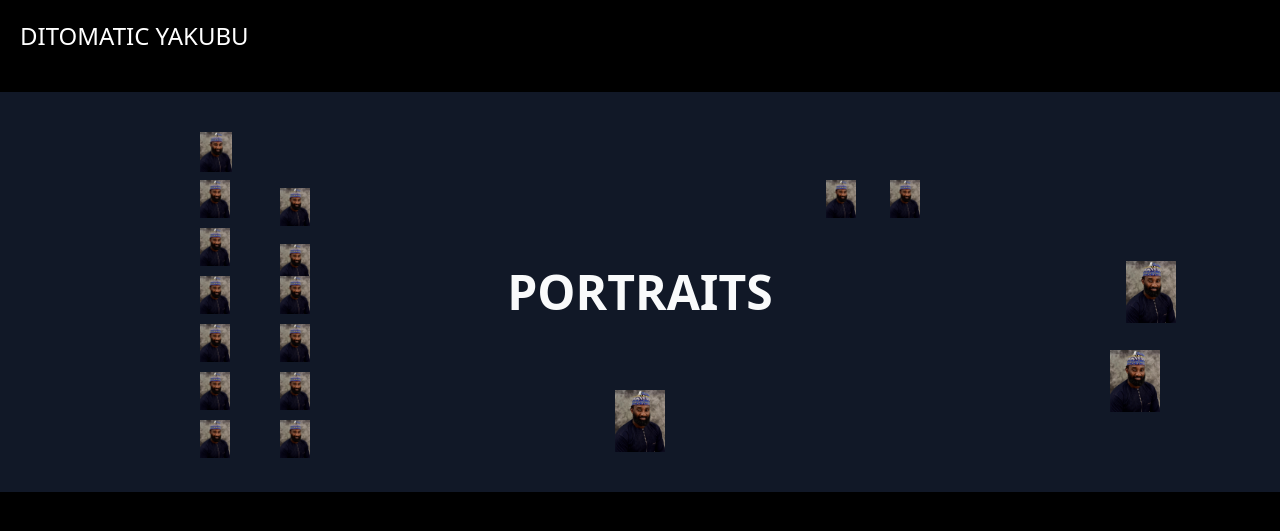
Repository: latenightsnacc/Ditomatic-Demo
Page: home.html
These files come from the project's save history. The page is drawn as it stood at one moment and after the next save; the edit follows.
The browser window is 1280 px wide. The pictures show the whole page.
Some web libraries are served in a nearby version.

Above is the page before, as saved 2021-02-24 12:10:42.

### home.html
<!DOCTYPE html>
<html lang="en" class="bg-black">
<head>
    <meta charset="UTF-8">
    <meta name="viewport" content="width=device-width, initial-scale=1.0">
    <!--Tailwind 2.0.2-->
    <link href="https://cdnjs.cloudflare.com/ajax/libs/tailwindcss/2.0.2/tailwind.min.css" rel="stylesheet">
    <!--Font Awesome 5.15.1-->
    <link rel="stylesheet" href="https://cdnjs.cloudflare.com/ajax/libs/font-awesome/5.15.1/css/all.min.css" integrity="sha512-+4zCK9k+qNFUR5X+cKL9EIR+ZOhtIloNl9GIKS57V1MyNsYpYcUrUeQc9vNfzsWfV28IaLL3i96P9sdNyeRssA==" crossorigin="anonymous" />
    <!-- Bootstrap 5.0.0 Beta-->
    <!-- <link href="https://cdn.jsdelivr.net/npm/bootstrap@5.0.0-beta1/dist/css/bootstrap.min.css" rel="stylesheet" integrity="sha384-giJF6kkoqNQ00vy+HMDP7azOuL0xtbfIcaT9wjKHr8RbDVddVHyTfAAsrekwKmP1" crossorigin="anonymous" /> -->
    <!--Page Title-->
    <title>Ditomatic Fotografy</title>
    <style>
        .zoom {

          transition: transform .2s; /* Animation */

        }

        .zoom:hover {
          transform: scale(2.5); /* (250% zoom - Note: if the zoom is too large, it will go outside of the viewport) */

        }
        </style>
</head>
<body>
    <!--Header-->
    <header>
        <nav class="container-sm p-5 shadow-2xl flex flex-row justify-between">
            <a href="home.html" class="text-white uppercase text-2xl">Ditomatic Yakubu</a>
            <ul></ul>
        </nav>
    </header>
    <!--End of Header-->
    <div class="my-5"></div>
    <section class="bg-gray-900 shadow-2xl py-10">
        <div class="px-10">
            <div class="flex justify-center items-center relative h-80">
                <h2 class="font-bold text-gray-50 text-5xl uppercase">portraits</h2>
                <!--First Column-->
                <div class="absolute left-40 top-0 z-0 hover:z-50">
                    <img src="images/malePortrait.jpg"  class="w-8 z-0 zoom hover:z-50">
                </div>
                <div class="absolute left-40 top-12 z-0">
                    <img src="images/malePortrait.jpg" width="30px" class="z-0">
                </div>
                <div class="absolute left-40 top-24">
                    <img src="images/malePortrait.jpg" width="30px">
                </div>
                <div class="absolute left-40 top-36">
                    <img src="images/malePortrait.jpg" width="30px">
                </div>
                <div class="absolute left-40 top-48">
                    <img src="images/malePortrait.jpg" width="30px">
                </div>
                <div class="absolute left-40 top-60">
                    <img src="images/malePortrait.jpg" width="30px">
                </div>
                <div class="absolute left-40 top-72">
                    <img src="images/malePortrait.jpg" width="30px">
                </div>
                <!--End of First Column-->

                <!--Second Column-->

                <div class="absolute left-60 top-14 z-0">
                    <img src="images/malePortrait.jpg" width="30px" class="z-0">
                </div>
                <div class="absolute left-60 top-28">
                    <img src="images/malePortrait.jpg" width="30px">
                </div>
                <div class="absolute left-60 top-36">
                    <img src="images/malePortrait.jpg" width="30px">
                </div>
                <div class="absolute left-60 top-48">
                    <img src="images/malePortrait.jpg" width="30px">
                </div>
                <div class="absolute left-60 top-60">
                    <img src="images/malePortrait.jpg" width="30px">
                </div>
                <div class="absolute left-60 top-72">
                    <img src="images/malePortrait.jpg" width="30px">
                </div>
                <div class="absolute right-80 top-12">
                    <img src="images/malePortrait.jpg" width="30px">
                </div>
                <div class="absolute right-96 top-12">
                    <img src="images/malePortrait.jpg" width="30px">
                </div>
                <div class="absolute right-16 top-50">
                    <img src="images/malePortrait.jpg" width="50px">
                </div>
                <div class="absolute right-20 bottom-10">
                    <img src="images/malePortrait.jpg" width="50px">
                </div>
                <div class="absolute center-0 bottom-0">
                    <img src="images/malePortrait.jpg" width="50px">
                </div>

            </div>
        </div>
    </section>
</body>
</html>

After the next save:
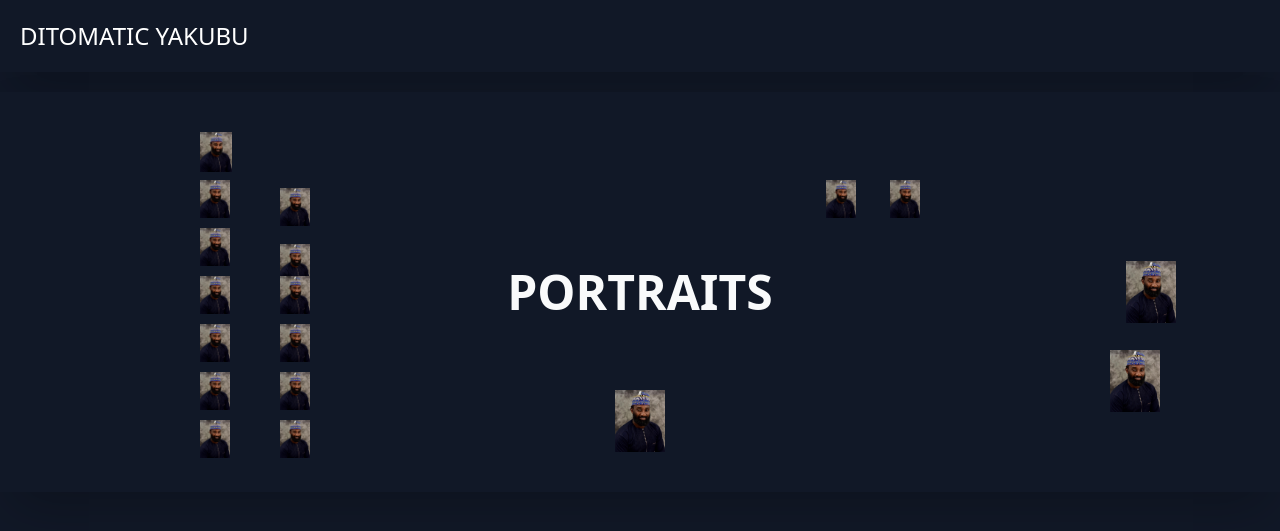
Saved 36 s later.
--- a/home.html
+++ b/home.html
@@ -1,5 +1,5 @@
 <!DOCTYPE html>
-<html lang="en" class="bg-black">
+<html lang="en" class="bg-gray-900">
 <head>
     <meta charset="UTF-8">
     <meta name="viewport" content="width=device-width, initial-scale=1.0">
